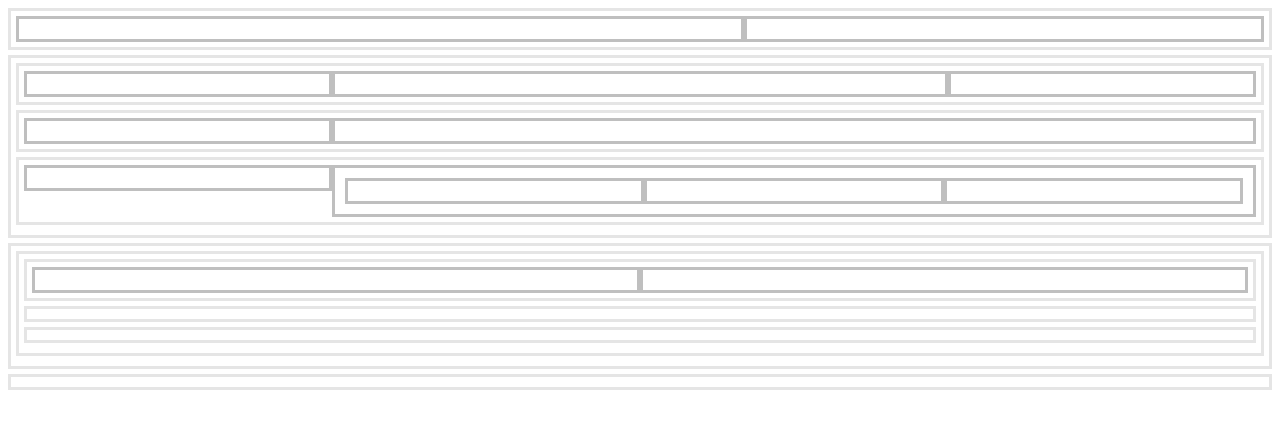
Repository: 0xbul1/biao-class-3
Page: practice/012-float-grid/index5.html
An editor plug-in stored every save of this project. The page is shown before and after the next save, followed by the edit.
The browser window is 1280 px wide. The pictures show the whole page.

Above is the page before, as saved 2018-10-03 18:51:35.

After the next save:
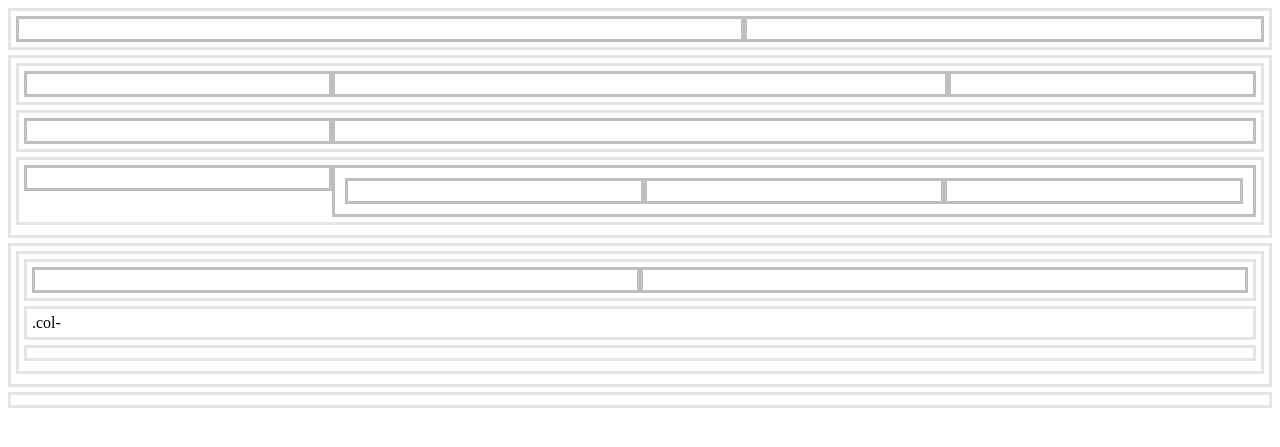
Saved 25 s later.
--- a/practice/012-float-grid/index5.html
+++ b/practice/012-float-grid/index5.html
@@ -102,7 +102,7 @@
             <div class="col-6"></div>
         </div>
         <div class="row mid">
-
+            .col-
         </div>
         <div class="row bot"></div>
     </div>
